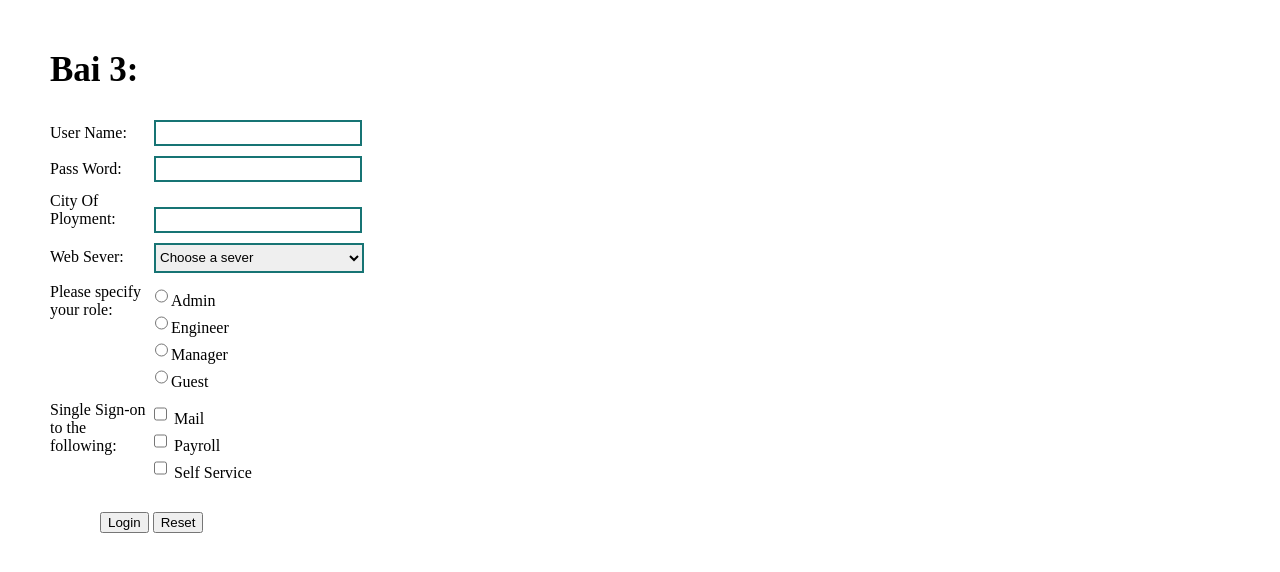
Repository: truongtn04/f8-fullstack-k5
Page: day03/ex03.html
An editor plug-in stored every save of this project. The page is shown before and after the next save, followed by the edit.
The browser window is 1280 px wide. The pictures show the whole page.

Above is the page before, as saved 2023-11-27 12:24:45.

After the next save:
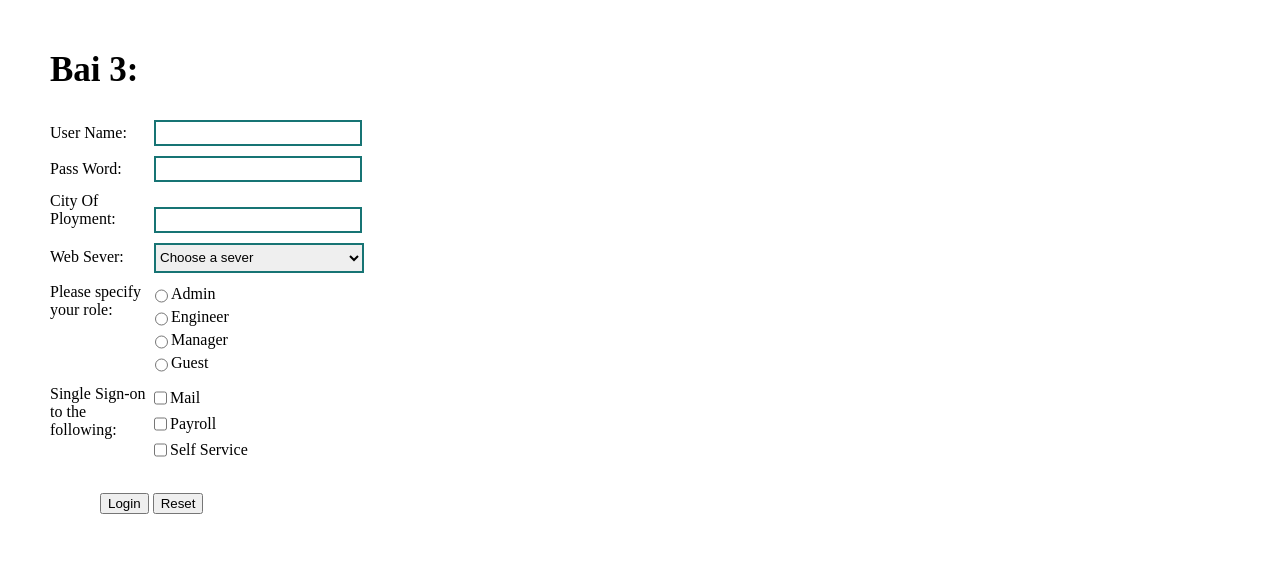
Saved 19 s later.
--- a/day03/css/ex03.css
+++ b/day03/css/ex03.css
@@ -25,7 +25,7 @@ b{
 .form-item__list .form-item__option label{
     width: initial;
 }
-.form-item__option{
+.form-item__option label{
     display: flex;
     align-items: center;
 }
